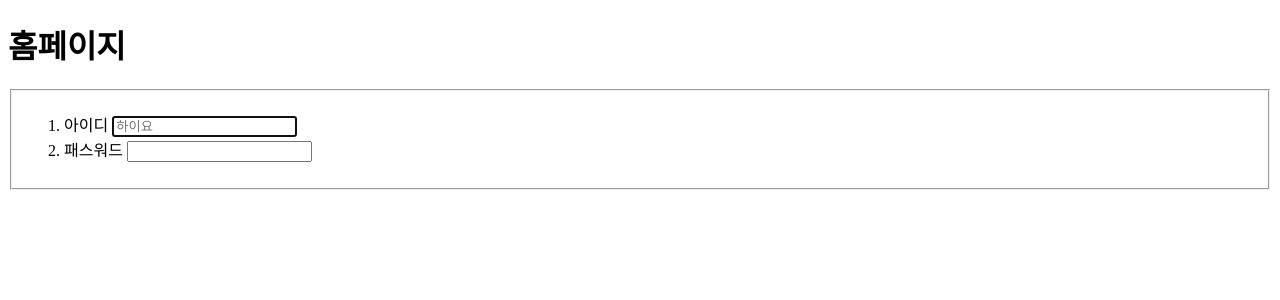
Repository: angelSuho/KCC_Learning_Repo
Page: Html/WebContent/form.html
The author's editor kept a copy of each file at every save. The page is drawn from the files as they stood at one save, then again after the next save.
The browser window is 1280 px wide. The pictures show the whole page.

Above is the page before, as saved 2024-07-08 06:07:24.

After the next save:
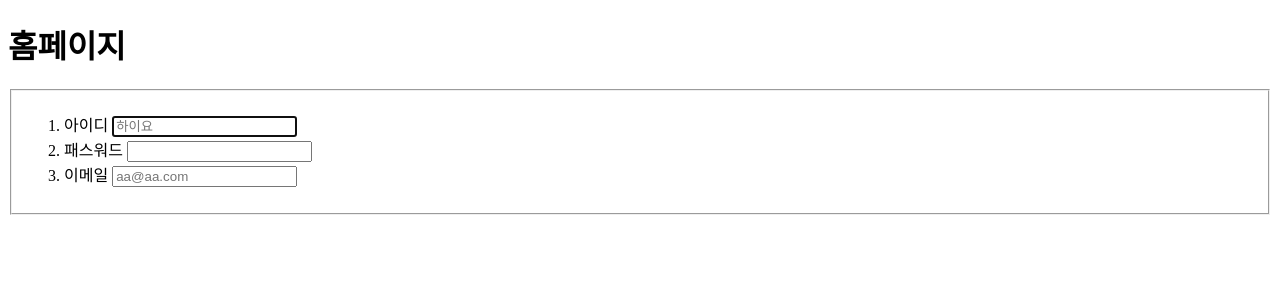
Saved 39 s later.
--- a/Html/WebContent/form.html
+++ b/Html/WebContent/form.html
@@ -18,6 +18,11 @@
 				<label>패스워드</label>
 				<input type="password" name="userPass">
 			</li>
+			<li>
+				<label>이메일</label>
+				<input type="email" name="userPass" placeholder="aa@aa.com" required="required">
+			</li>
+
 			</ol>
 		</fieldset>
 	</form>
